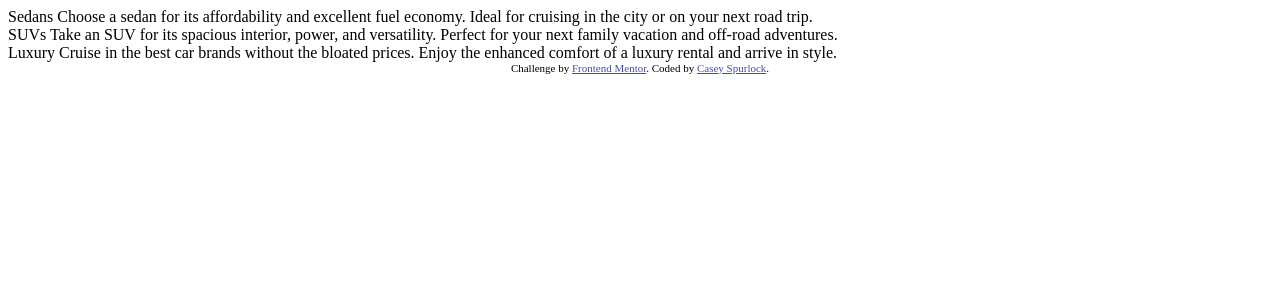
Repository: CaseySpurlock/3-column-preview-card-component-main
Page: index.html
An editor plug-in stored every save of this project. The page is shown before and after the next save, followed by the edit.
The browser window is 1280 px wide. The pictures show the whole page.

Above is the page before, as saved 2021-06-23 10:00:50.

### index.html
<!DOCTYPE html>
<html lang="en">
<head>
  <meta charset="UTF-8">
  <meta name="viewport" content="width=device-width, initial-scale=1.0"> <!-- displays site properly based on user's device -->

  <link rel="icon" type="image/png" sizes="32x32" href="./images/favicon-32x32.png">

  <title>Frontend Mentor | 3-column preview card component</title>

  <link rel="stylesheet" href="style.css">
</head>
<body>

  <div class="container">
   <div class="card">
    Sedans
    Choose a sedan for its affordability and excellent fuel economy. Ideal for cruising in the city
    or on your next road trip.
   </div>

<div class="card">
  SUVs
  Take an SUV for its spacious interior, power, and versatility. Perfect for your next family vacation
  and off-road adventures.
</div>

  <div class="card">
    Luxury
  Cruise in the best car brands without the bloated prices. Enjoy the enhanced comfort of a luxury
  rental and arrive in style.
  </div>
  </div>

  <div class="attribution">
    Challenge by <a href="https://www.frontendmentor.io?ref=challenge" target="_blank">Frontend Mentor</a>.
    Coded by <a href="https://csgc86.myportfolio.com/">Casey Spurlock</a>.
  </div>
</body>
</html>

### style.css
.attribution {
    font-size: 11px;
    text-align: center;
}

.attribution a {
    color: hsl(228, 45%, 44%);
}

After the next save:
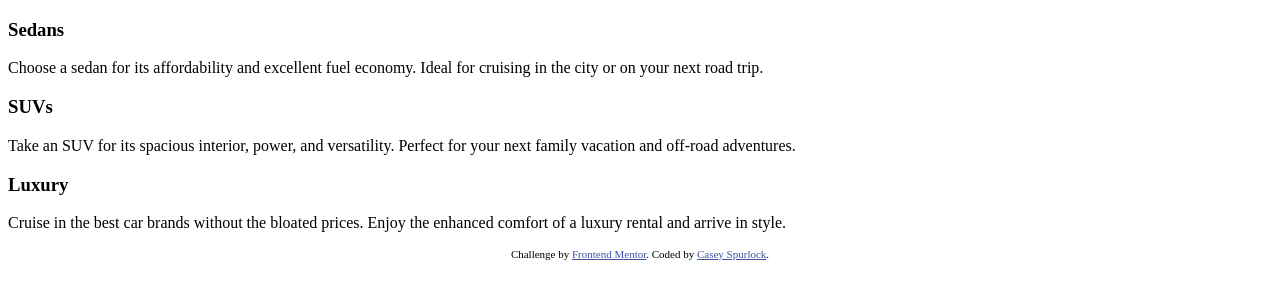
Saved 3 min 47 s later.
--- a/index.html
+++ b/index.html
@@ -13,28 +13,31 @@
 <body>
 
   <div class="container">
-   <div class="card">
-    Sedans
-    Choose a sedan for its affordability and excellent fuel economy. Ideal for cruising in the city
-    or on your next road trip.
-   </div>
+    <div class="card">
+      <h3>Sedans</h3>
 
-<div class="card">
-  SUVs
-  Take an SUV for its spacious interior, power, and versatility. Perfect for your next family vacation
-  and off-road adventures.
-</div>
+      <p>Choose a sedan for its affordability and excellent fuel economy. Ideal for cruising in the city
+        or on your next road trip.</p>
+    </div>
 
-  <div class="card">
-    Luxury
-  Cruise in the best car brands without the bloated prices. Enjoy the enhanced comfort of a luxury
-  rental and arrive in style.
-  </div>
+    <div class="card">
+      <h3>SUVs</h3>
+
+      <p>Take an SUV for its spacious interior, power, and versatility. Perfect for your next family vacation
+        and off-road adventures.</p>
+    </div>
+
+    <div class="card">
+      <h3>Luxury</h3>
+
+      <p>Cruise in the best car brands without the bloated prices. Enjoy the enhanced comfort of a luxury
+      rental and arrive in style.</p>
+    </div>
   </div>
 
   <div class="attribution">
     Challenge by <a href="https://www.frontendmentor.io?ref=challenge" target="_blank">Frontend Mentor</a>.
-    Coded by <a href="https://csgc86.myportfolio.com/">Casey Spurlock</a>.
+    Coded by <a href="https://csgc86.myportfolio.com/" target="_blank">Casey Spurlock</a>.
   </div>
 </body>
 </html>
